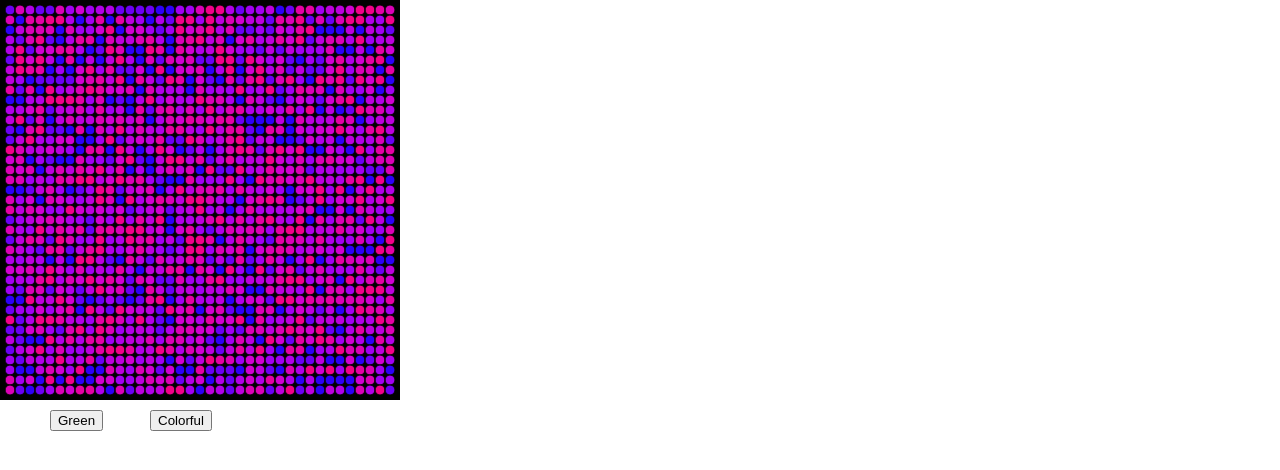
Repository: patriciqa/GenComp
Page: content/day02/pattern/index.html
The author's editor kept a copy of each file at every save. The page is drawn from the files as they stood at one save, then again after the next save.
The browser window is 1280 px wide. The pictures show the whole page.

Above is the page before, as saved 2021-09-30 11:58:34.

After the next save:
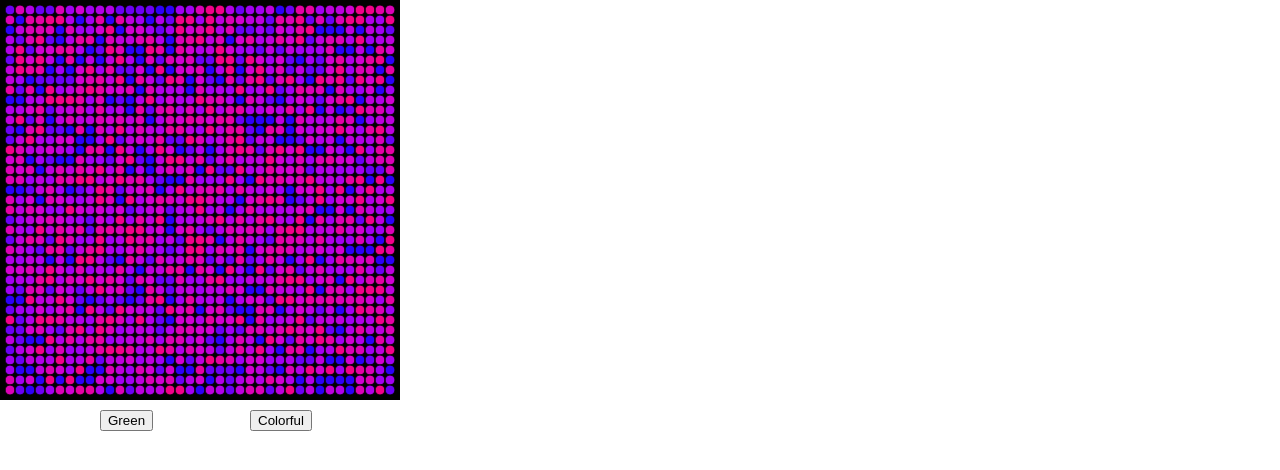
Saved 8 s later.
--- a/content/day02/pattern/circlePattern.js
+++ b/content/day02/pattern/circlePattern.js
@@ -30,10 +30,10 @@ function setup() {
   stroke(0)
   frameRate(5)
   greenbButton = createButton('Green');
-  greenbButton.position(50, 410);
+  greenbButton.position(100, 410);
   greenbButton.mousePressed(changeColor('green'));
   colorButton = createButton('Colorful');
-  colorButton.position(150, 410);
+  colorButton.position(250, 410);
   colorButton.mousePressed(changeColor('colorful'));
 }
 
